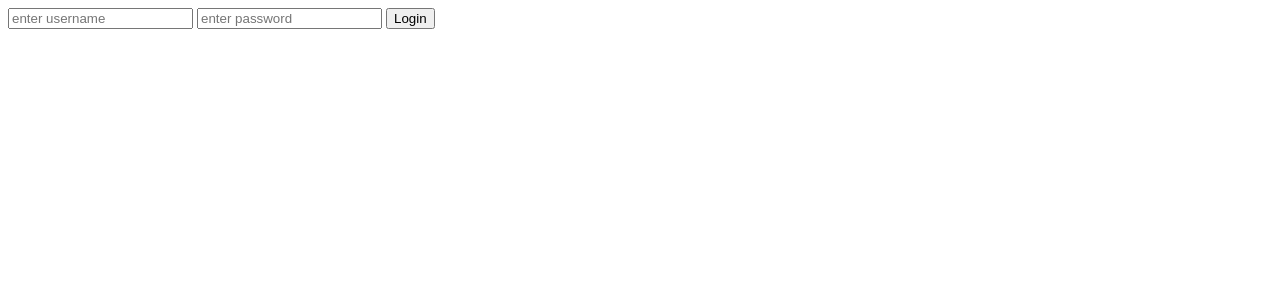
Repository: Tanmay-Kayande/Myportfolio
Page: http://localhost/myproject/login.jsp
An editor plug-in stored every save of this project. The page is shown before and after the next save, followed by the edit.
The browser window is 1280 px wide. The pictures show the whole page.
The page is served by Tomcat 9.

Above is the page before, as saved 2024-01-18 05:37:15.

After the next save:
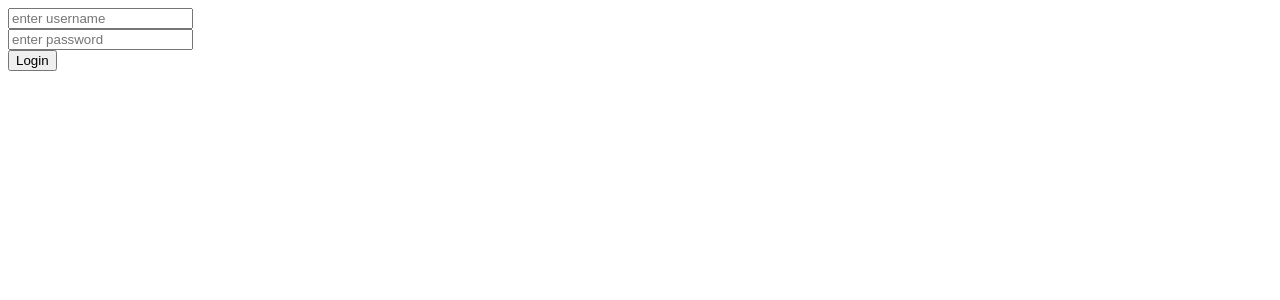
Saved 37 s later.
--- a/myproject/src/main/webapp/login.jsp
+++ b/myproject/src/main/webapp/login.jsp
@@ -9,8 +9,8 @@
 <body>
 
 	<form >
-		<input type="text" name = "username" placeholder = "enter username" >
-		<input type="password" name = "password" placeholder = "enter password" >
+		<input type="text" name = "username" placeholder = "enter username" ><br>
+		<input type="password" name = "password" placeholder = "enter password" ><br>
 		<button>Login</button>
 
 	</form>
